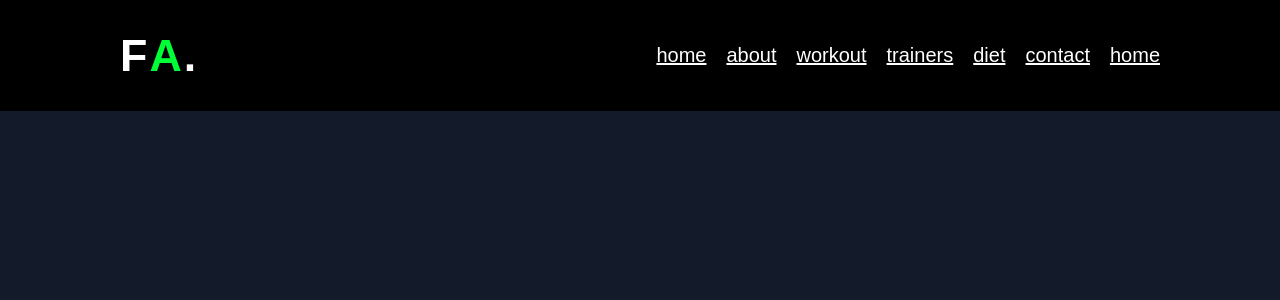
Repository: guilhermecardoso93/fitapex
Page: index.html
An editor plug-in stored every save of this project. The page is shown before and after the next save, followed by the edit.
The browser window is 1280 px wide. The pictures show the whole page.

Above is the page before, as saved 2023-03-05 20:26:16.

### index.html
<!DOCTYPE html>
<html lang="pr-BR">
  <head>
    <meta charset="UTF-8" />
    <meta http-equiv="X-UA-Compatible" content="IE=edge" />
    <meta name="viewport" content="width=device-width, initial-scale=1.0" />
    <link rel="stylesheet" href="styles.css" />
    <link
      rel="stylesheet"
      href="https://cdnjs.cloudflare.com/ajax/libs/font-awesome/4.7.0/css/font-awesome.css"
    />
    <title>F.A GYM</title>
  </head>
  <body>
    <div class="navbar">
      <a href="#" class="logo">F<b>A</b>.</a>
      <ol>
        <li>
          <a href="#home">home</a>
        </li>
        <li>
          <a href="#about">about</a>
        </li>
        <li>
          <a href="#workout">workout</a>
        </li>
        <li>
          <a href="#trainers">trainers</a>
        </li>
        <li>
          <a href="#diet">diet</a>
        </li>
        <li>
          <a href="#contact">contact</a>
        </li>
        <li>
          <a href="#home">home</a>
        </li>
      </ol>
    </div>
  </body>
</html>

### styles.css
@import url("https://fonts.googleapis.com/css2?family=Poppins:wght@400;500&display=swap");

* {
  margin: 0;
  padding: 0;
  box-sizing: border-box;
  font-family: "Poppisns", sans-serif;
  outline: none;
  color: #fff;
}

:root {
  --prime: #00ff34;
}

body {
  background-color: #131b2b;
}

.navbar {
  width: 100%;
  display: flex;
  position: fixed;
  padding: 30px 120px;
  background-color: #000;
  justify-content: space-between;
  z-index: 1111;
  transition: 0.5s ease;
}

.logo {
  font-size: 2.8em;
  font-weight: 800;
  letter-spacing: 2px;
  text-transform: uppercase;
  text-decoration: none;
}

.logo B{
  color: var(--prime);
}

ol {
  display: flex;
  margin: auto 0;
}

ol li {
  list-style: none;
  margin-left: 20px;
}

ol li a {
  font-size: 20px;
  font-weight:500;

}

After the next save:
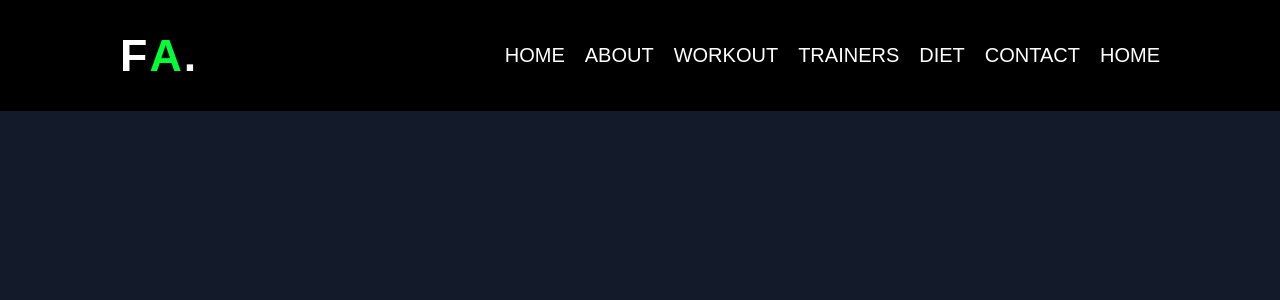
Saved 13 s later.
--- a/styles.css
+++ b/styles.css
@@ -53,5 +53,6 @@ ol li {
 ol li a {
   font-size: 20px;
   font-weight:500;
-
+  text-transform: uppercase;
+  text-decoration: none;
 }
